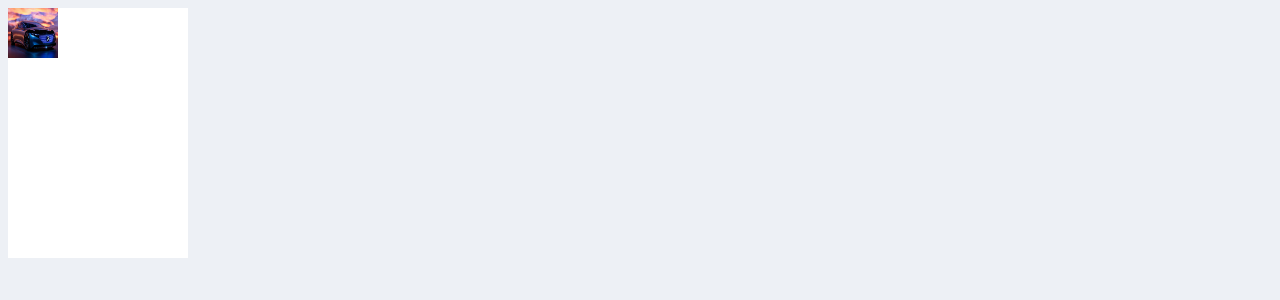
Repository: Femi007-gh/car-sale
Page: Index.html
These files come from the project's save history. The page is drawn as it stood at one moment and after the next save; the edit follows.
The browser window is 1280 px wide. The pictures show the whole page.

Above is the page before, as saved 2024-12-29 16:57:38.

After the next save:
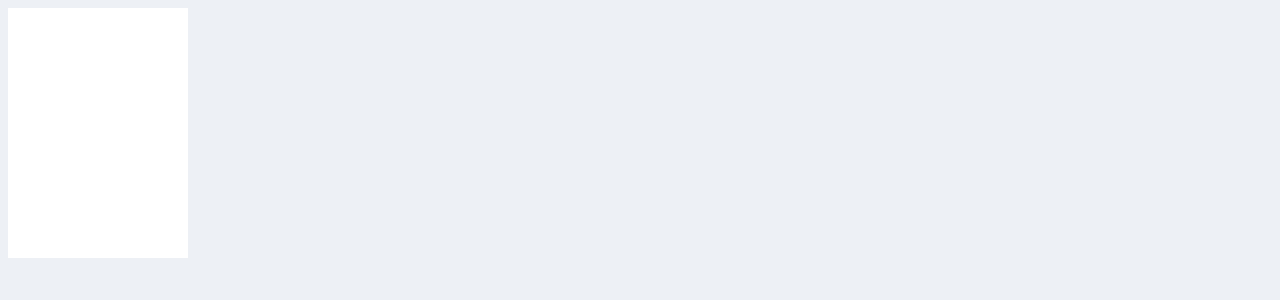
Saved 91 s later.
--- a/style.css
+++ b/style.css
@@ -9,6 +9,6 @@
 }
 
 .benz {
-    height: 50px;
+    height: 0px;
     width: 50px;
 }
